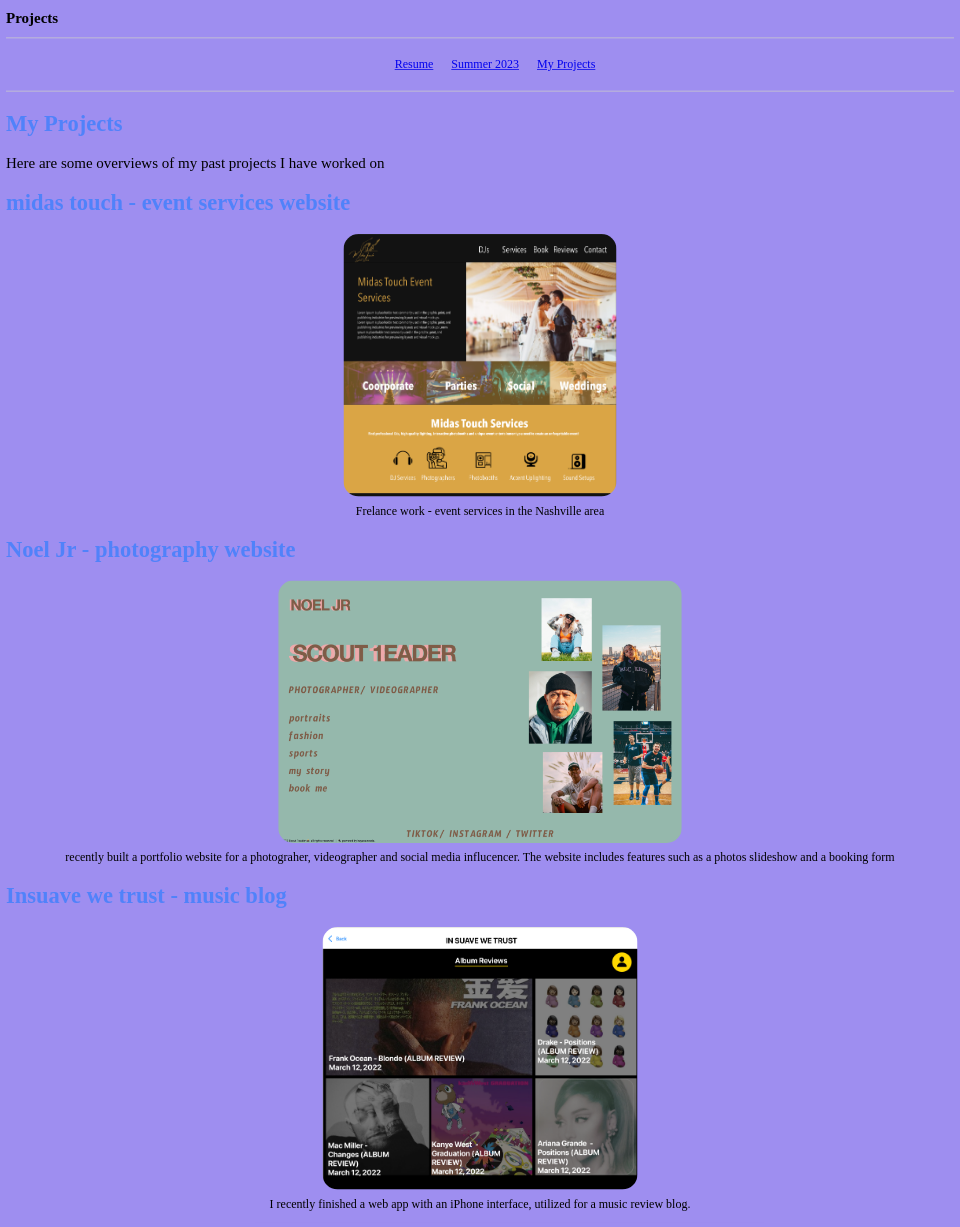
Repository: kayacancode/itm361project1
Page: projects.html
The author's editor kept a copy of each file at every save. The page is drawn from the files as they stood at one save, then again after the next save.
The browser window is 1280 px wide. The pictures show the whole page, at 75% of full size.
Some web fonts or font styles are not loaded; a fallback is used.

Above is the page before, as saved 2023-04-03 18:53:00.

### projects.html
<!DOCTYPE html>
<html lang="en">
  <head>
    <meta charset="UTF-8" >
    <meta http-equiv="X-UA-Compatible" content="IE=edge" >
    <meta name="viewport" content="width=device-width, initial-scale=1.0" >
    <title>My Projects</title>
    <link rel="stylesheet" href="css/style.css" >
  </head>
  <header>
    <h1>Projects</h1>

    <nav>
      <ul>
        <li><a href="index.html">Resume</a></li>
        <li><a href="summer2023.html">Summer 2023</a></li>
        <li><a href="projects.html">My Projects</a></li>
      </ul>
    </nav>
  </header>

  <h2>My Projects</h2>
  <p>Here are some overviews of my past projects I have worked on</p>
  <div class="websites">
    <section>
      <h2>midas touch - event services website</h2>
      <figure>
        <img src="images/midastouchevent.png" alt="event services " >
        <figcaption>
          Frelance work - event services in the Nashville area
        </figcaption>
      </figure>
    </section>
    <section>
      <h2>Noel Jr - photography website</h2>
      <figure>
        <img src="images/noeljr.png" alt="photography" >
        <figcaption>
          recently built a portfolio website for a photograher, videographer and
          social media influcencer. The website includes features such as a
          photos slideshow and a booking form</figcaption>
      </figure>

      <h2>Insuave we trust - music blog</h2>
      <figure>
        <img src="images/insuave.png" alt="music blog" >
        <figcaption>
          I recently finished a web app with an iPhone interface, utilized for a
          music review blog.
        </figcaption>
      </figure>
    </section>
  </div>
</html>

### css/style.css
@import url("https://fonts.googleapis.com/css2?family=Tilt+Warp&display=swap");
@import url('https://fonts.googleapis.com/css2?family=Tilt+Warp&display=swap');

body {
    background-color: #9E8EF0;
  }

nav{
    border:1px solid #ccc;
    border-width:1px 0;
    list-style:none;
    margin:0;
    padding:0;
    text-align:center;
}
nav li{
    display:inline;
}
nav a{
    display:inline-block;
    padding:10px;
}

h1,h2,h3,p{
    font-family: "Tilt Warp", cursive;
    font-size: 20px;
}

h2{
    font-size: 30px;
    font-family: "Tilt Warp", cursive;
    color:#5082FA;
}

.websites img{
    display: block;
    margin-left: auto;
    margin-right: auto;
    max-width: 50%;
    height: 350px;
    border-radius: 20px;
}

.trips img{
    max-width: 50%;
    height: 350px;
    border-radius: 20px;
    margin-left: auto;
    margin-right: auto;
}

figcaption{
    text-align: center;
    padding-top: 10px;
}

After the next save:
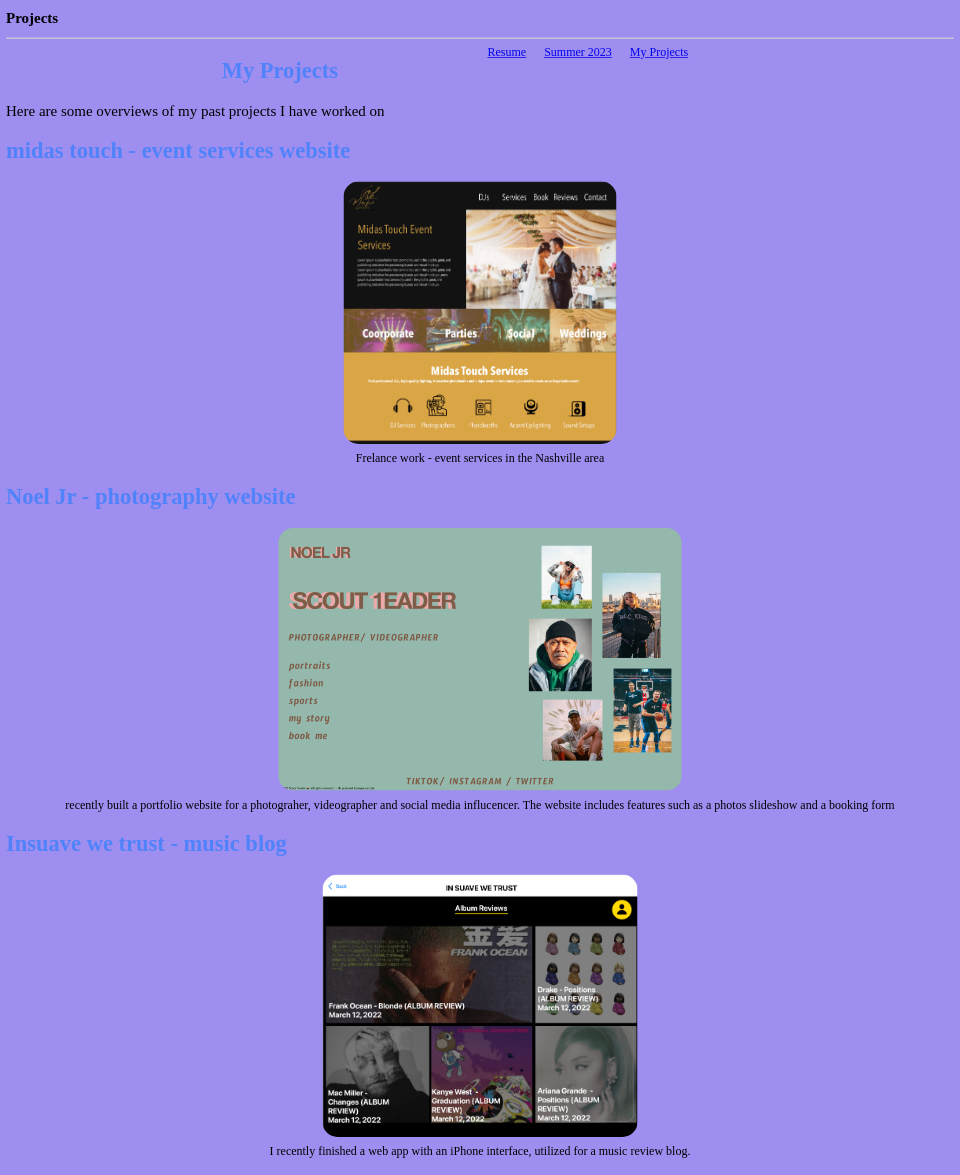
Saved 3 h 35 min later.
--- a/css/style.css
+++ b/css/style.css
@@ -20,7 +20,14 @@
     display:inline-block;
     padding:10px;
 }
-
+nav ul {
+    list-style-type: none;
+    margin: 0;
+    padding: 0;
+    position: relative;
+    left: 50%;
+    float: left;
+  }
 h1,h2,h3,p{
     font-family: "Tilt Warp", cursive;
     font-size: 20px;
